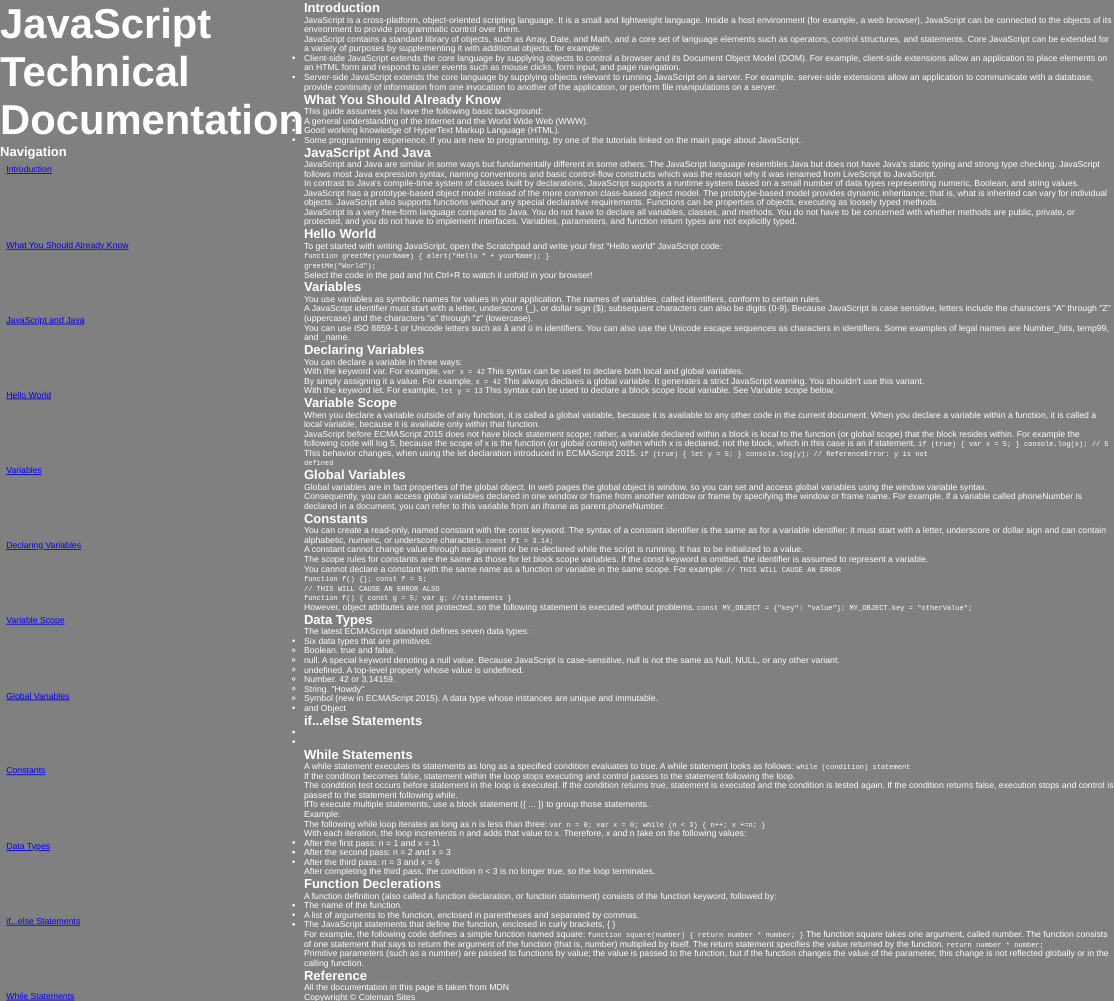
Repository: ctcoleman/technicalDocumentationPage
Page: index.html
The author's editor kept a copy of each file at every save. The page is drawn from the files as they stood at one save, then again after a run of saves.
The browser window is 1280 px wide. The pictures show the whole page, at 87% of full size.

Above is the page before, as saved 2020-07-10 19:47:12.

After the next 2 saves:
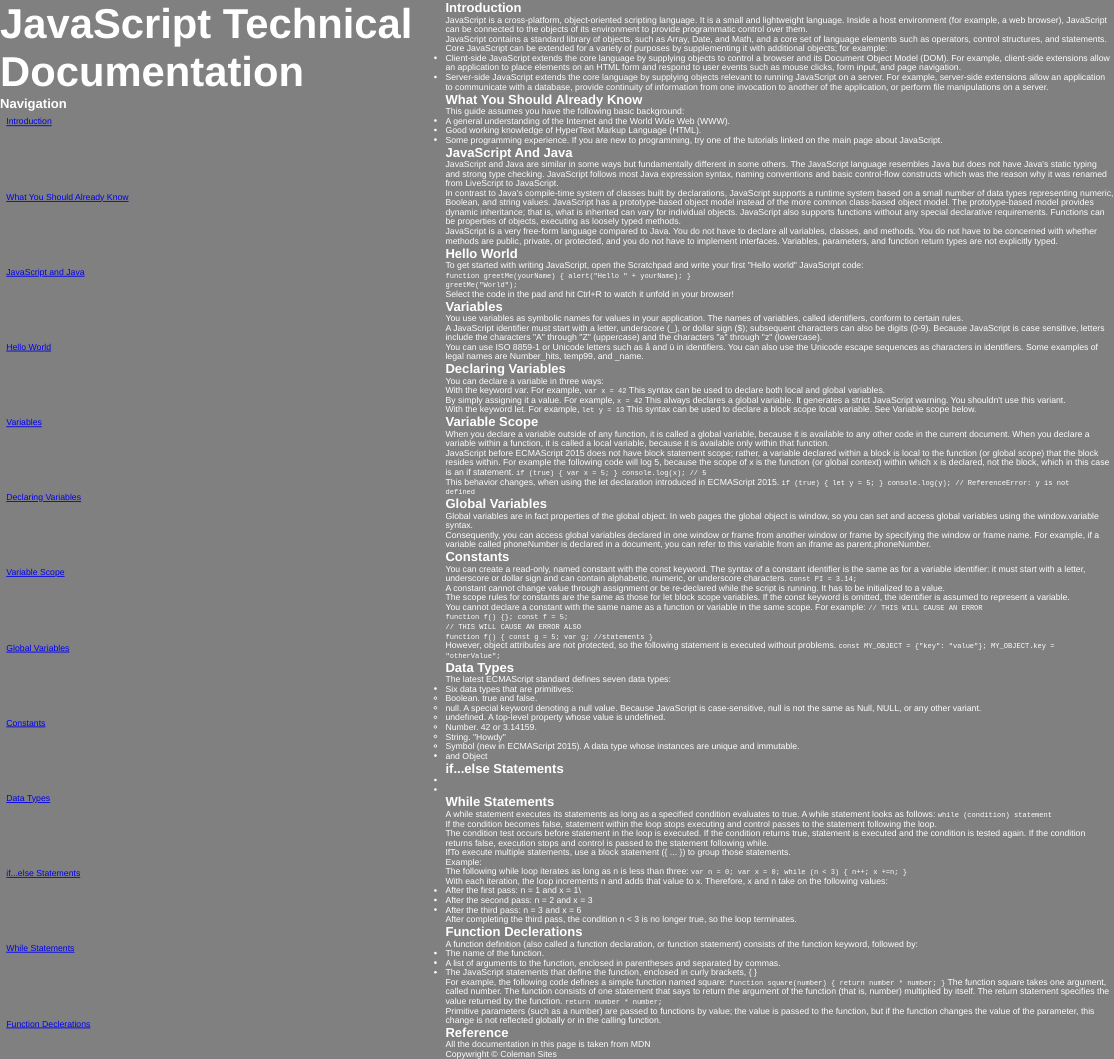
The 2 saves are shown as one change because they came seconds apart.
The last was saved 10 s later.
--- a/assets/stylesheets/style.css
+++ b/assets/stylesheets/style.css
@@ -30,7 +30,9 @@ button {
 }
 /** Heading Stying **/
 
-
+#main-heading {
+  width: 40vw;
+}
 
 #main-heading h1 {
   font-size: 3rem;
